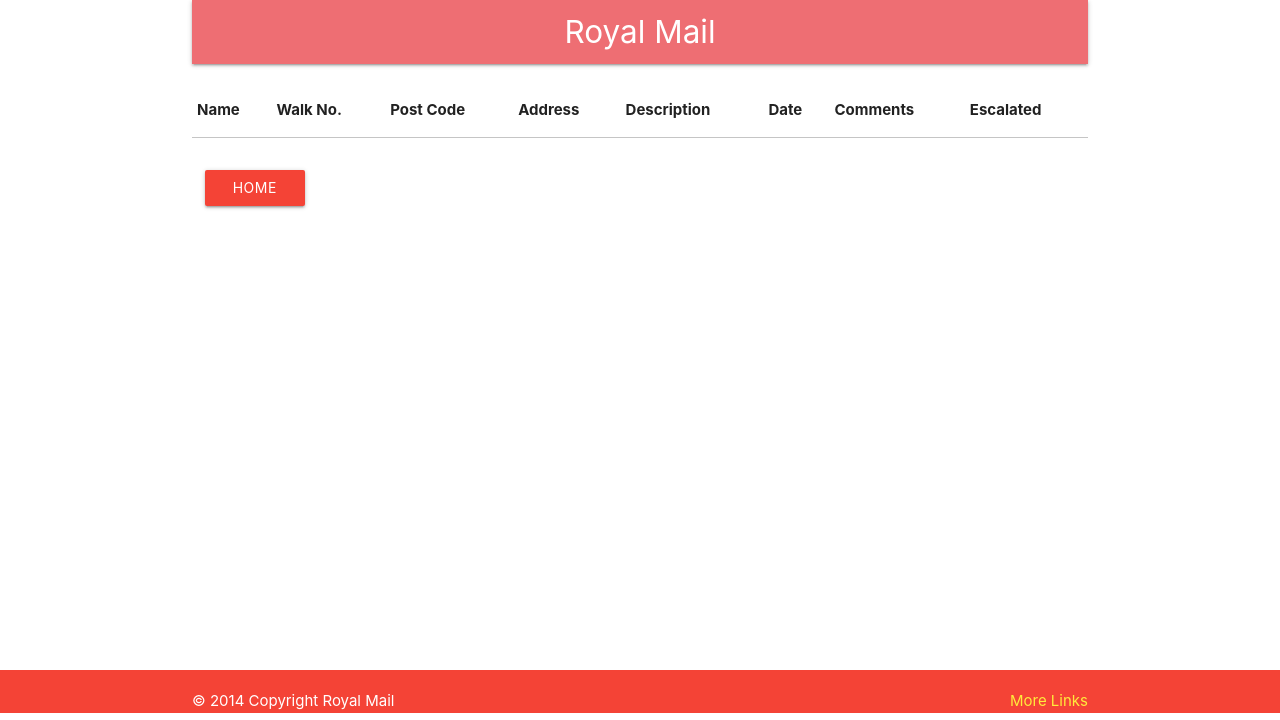
Repository: bandyp/Postal-Reminders
Page: http://localhost/see_route
The author's editor kept a record of every edit. The page is drawn from the files as they stood at one moment, then again after the next edit.
The browser window is 1280 px wide. The pictures show the whole page.
The page is served by the project's application, run on Flask 3 (app.py). Queries for data that is not in the repository find no rows.

Above is the page before.

After the next edit:
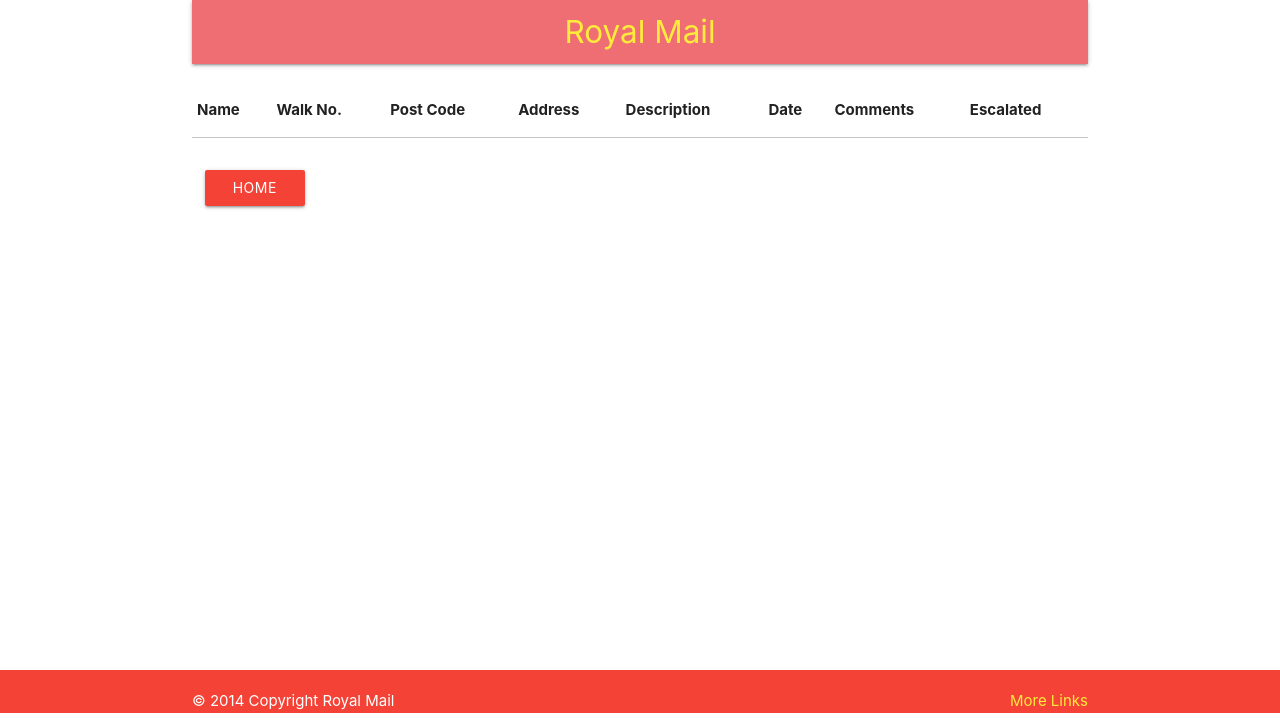
The edit:
--- a/templates/route.html
+++ b/templates/route.html
@@ -5,7 +5,7 @@
 <div class="row">
   <nav col s9>
     <div class="nav-wrapper">
-      <a href="{{ url_for('goto_home') }}" class="brand-logo center">Royal Mail</a>
+      <a href="{{ url_for('goto_home') }}" class="brand-logo yellow-text center">Royal Mail</a>
     </div>
   </nav>
 </div>
